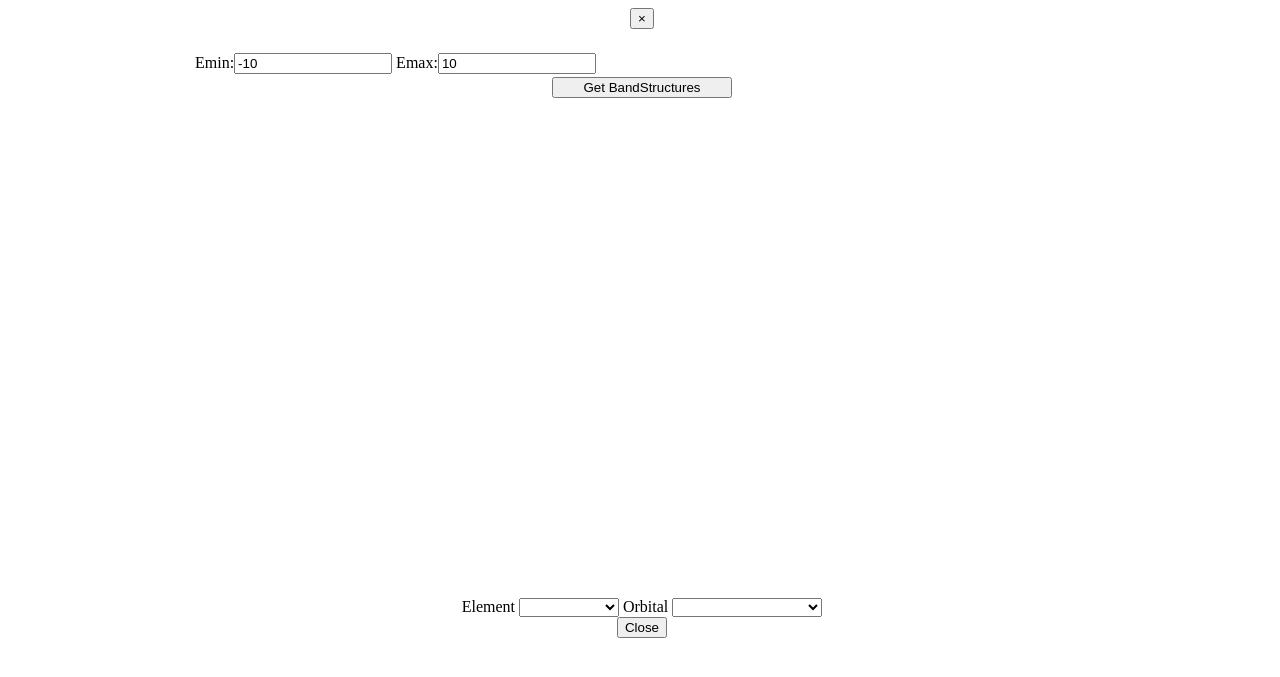
Repository: atowfiq/FESD_website-scripts
Page: http://localhost/fesdweb/BandstructureChart.jsp
These files come from the project's save history. The page is drawn as it stood at one moment and after the next save; the edit follows.
The browser window is 1280 px wide. The pictures show the whole page.
The page is served by Tomcat 9.

Above is the page before, as saved 2017-07-28 00:51:26.

After the next save:
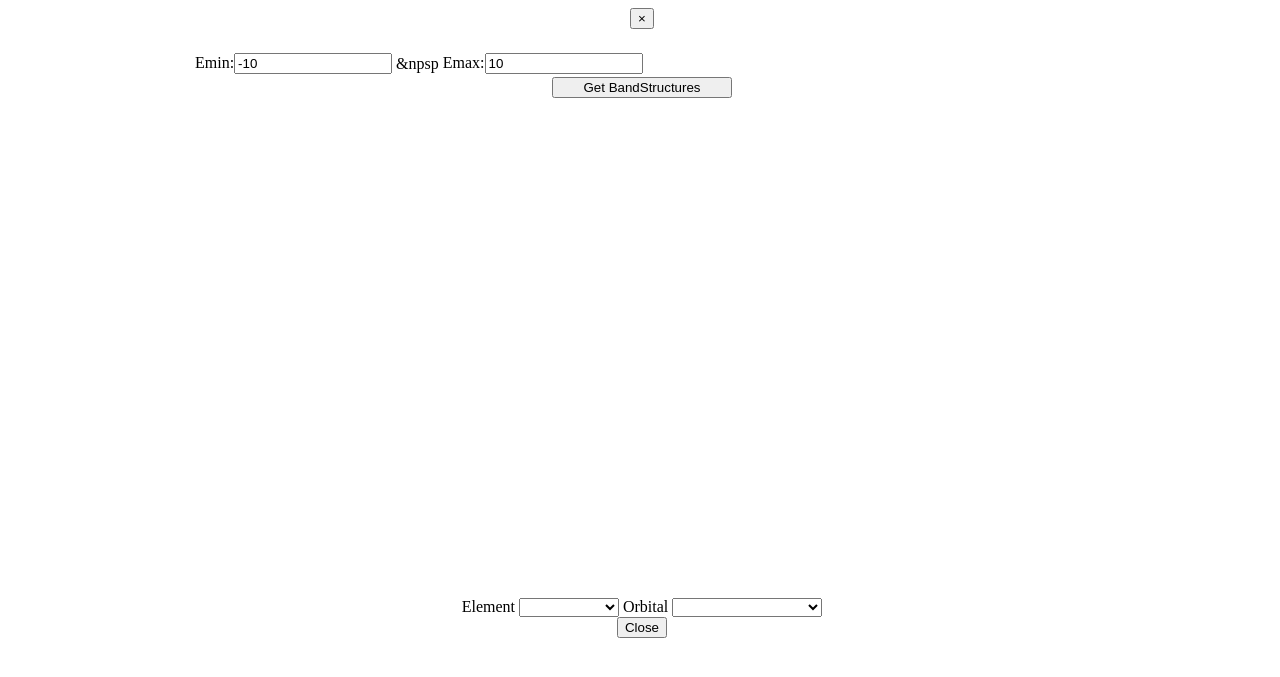
Saved 69 s later.
--- a/fesdweb/WebContent/BandstructureChart.jsp
+++ b/fesdweb/WebContent/BandstructureChart.jsp
@@ -184,9 +184,13 @@ margin-top:-40px;
 <label>Emin:</label><input id="EminBC" style="width:150px;"  class="form-control"  value="-10">
 </td>
 <td>
+&npsp
+</td>
+
+<td>
 <label>Emax:</label><input id="EmaxBC" style="width:150px;"  class="form-control"  value="10">
-
 </td>
+
 	</tr>
 	</table>
 	</div>
